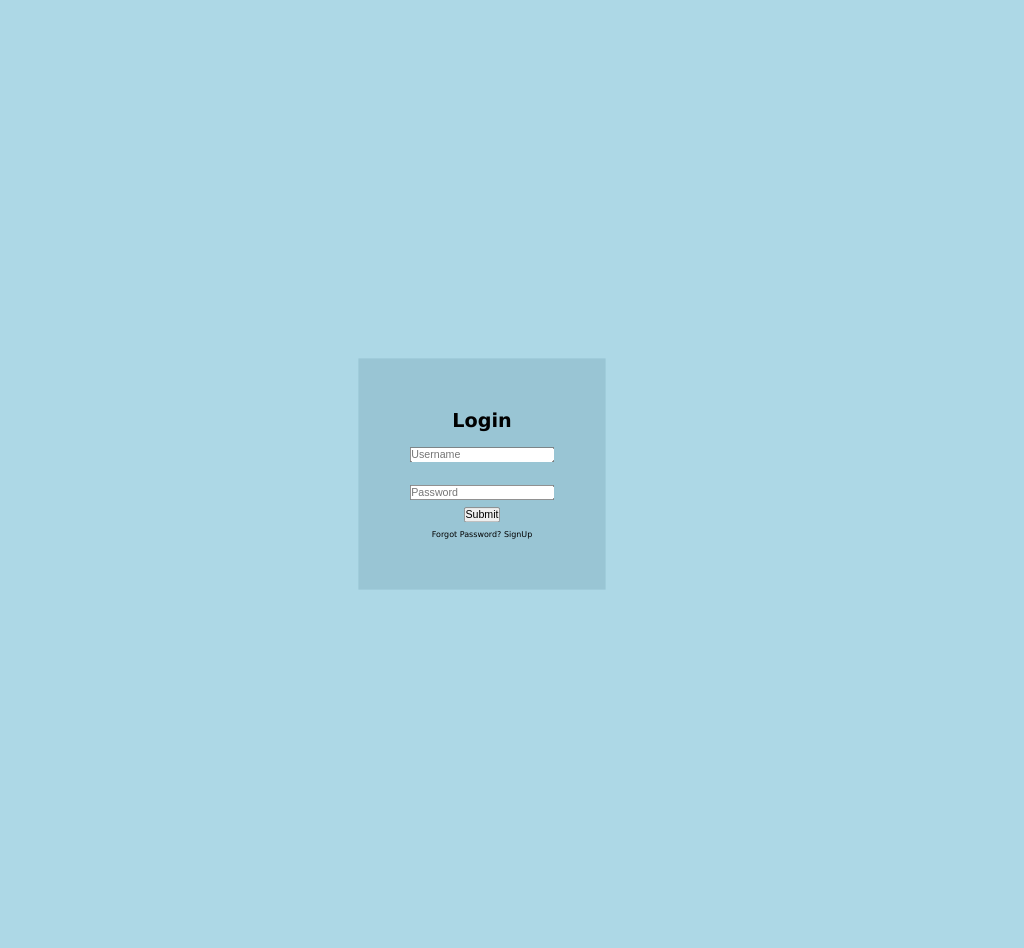
Repository: busra-kayaa/LoginPage
Page: login.html
The author's editor kept a copy of each file at every save. The page is drawn from the files as they stood at one save, then again after the next save.
The browser window is 1280 px wide. The pictures show the whole page, at 80% of full size.

Above is the page before, as saved 2023-12-28 20:16:04.

After the next save:
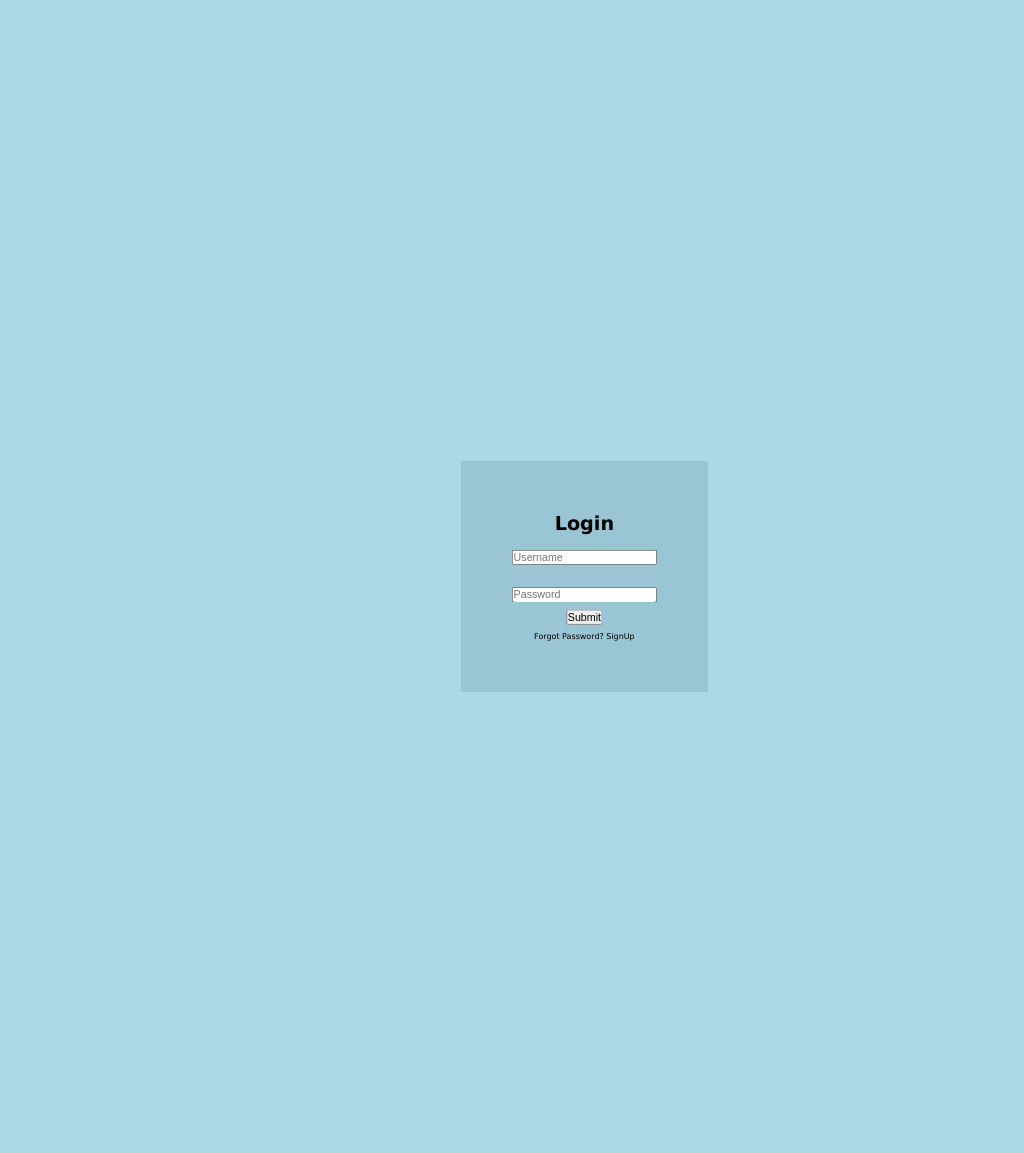
Saved 8 s later.
--- a/style.css
+++ b/style.css
@@ -20,7 +20,7 @@ body {
     align-items: center;
     text-align: center;
     padding: 5%;
-    margin: 35%;
+    margin: 45%;
 }
 .input-group {
     margin-top: 10%;
